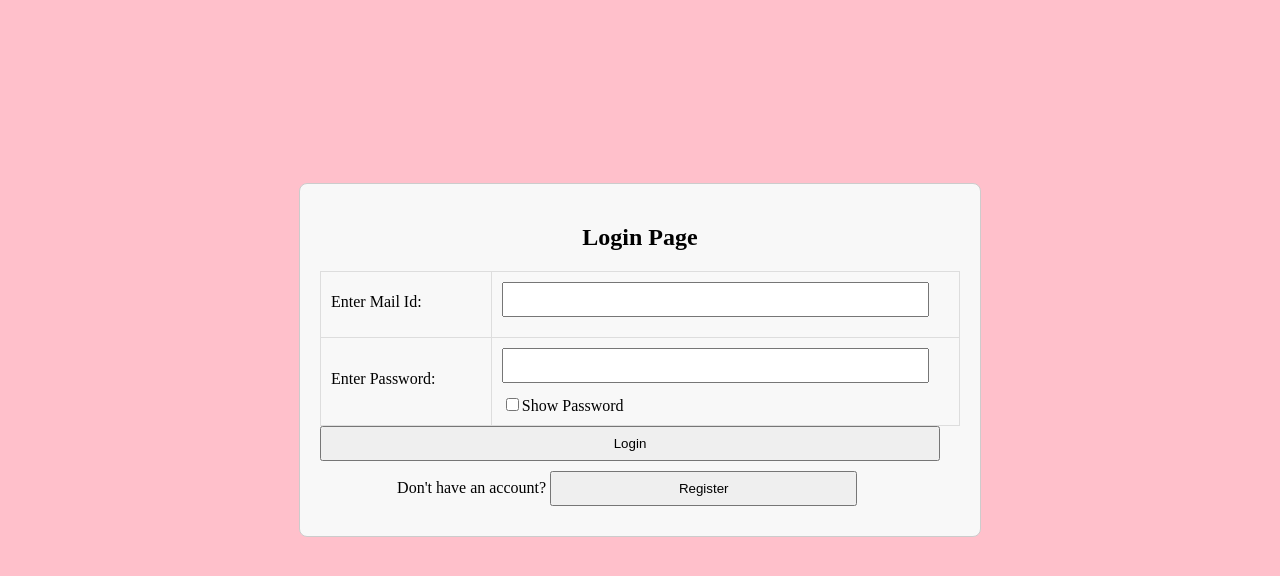
Repository: Manju-Bala-S/EclipseProjects
Page: MailApp/src/main/webapp/index.html
The author's editor kept a copy of each file at every save. The page is drawn from the files as they stood at one save, then again after the next save.
The browser window is 1280 px wide. The pictures show the whole page.

Above is the page before, as saved 2024-02-21 07:37:29.

### MailApp/src/main/webapp/index.html
<!DOCTYPE html>
<html lang="en">
<head>
    <meta charset="UTF-8">
    <meta name="viewport" content="width=device-width, initial-scale=1.0">
    <style>
        body {
            display: flex;
            justify-content: center;
            align-items: center;
            height: 100vh;
            margin: 0;
            background-color: pink; /* Set the body background color to pink */
        }

        form {
            width: 50%;
            padding: 20px;
            border: 1px solid #ccc;
            border-radius: 8px;
            background-color: #f8f8f8;
        }

        table {
            width: 100%;
            border-collapse: collapse;
            margin-top: 15px;
        }

        th, td {
            padding: 10px;
            border: 1px solid #ddd;
            text-align: left;
        }

        th {
            background-color: #f2f2f2;
        }

        label {
            margin-bottom: 5px;
            display: block;
        }

        input[type="number"], input[type="password"], input[type="submit"] {
            width: calc(100% - 20px); /* 100% width minus 20px for consistent spacing */
            padding: 8px;
            box-sizing: border-box;
            margin-bottom: 10px; /* Adjust as needed */
        }

        .show-password {
            margin-top: 5px;
        }

        h2 {
            text-align: center;
        }

        /* Styling for the "Register" button */
        input[type="submit"][value="Register"] {
            width: 48%; /* Set a smaller width for the Register button */
            margin-right: 4%; /* Add some right margin to separate the buttons */
        }

        /* Clearfix to ensure the buttons are on the same line */
        .clearfix::after {
            content: "";
            display: table;
            clear: both;
        }
    </style>
    <title>Home Page</title>
</head>
<body>

    <form action="login" method="post">
        <h2>Login Page</h2>
        <table>
            <tr>
                <td><label for="id">Enter Mail Id:</label></td>
                <td><input type="number" id="id" name="id" required></td>
            </tr>
            <tr>
                <td><label for="password">Enter Password:</label></td>
                <td>
                    <input type="password" id="password" name="password" required>
                    <input type="checkbox" id="showPassword" class="show-password">Show Password
                </td>
            </tr>
            <!-- Add more rows for additional form fields as needed -->
        </table>

        <div class="clearfix">
            <input type="submit" value="Login">
            <center>
            Don't have an account?  <input type="submit" value="Register">
            </center>
        </div>
    </form>

    <script>
        document.getElementById('showPassword').addEventListener('change', function () {
            var passwordField = document.getElementById('password');
            passwordField.type = this.checked ? 'text' : 'password';
        });
    </script>

</body>
</html>

After the next save:
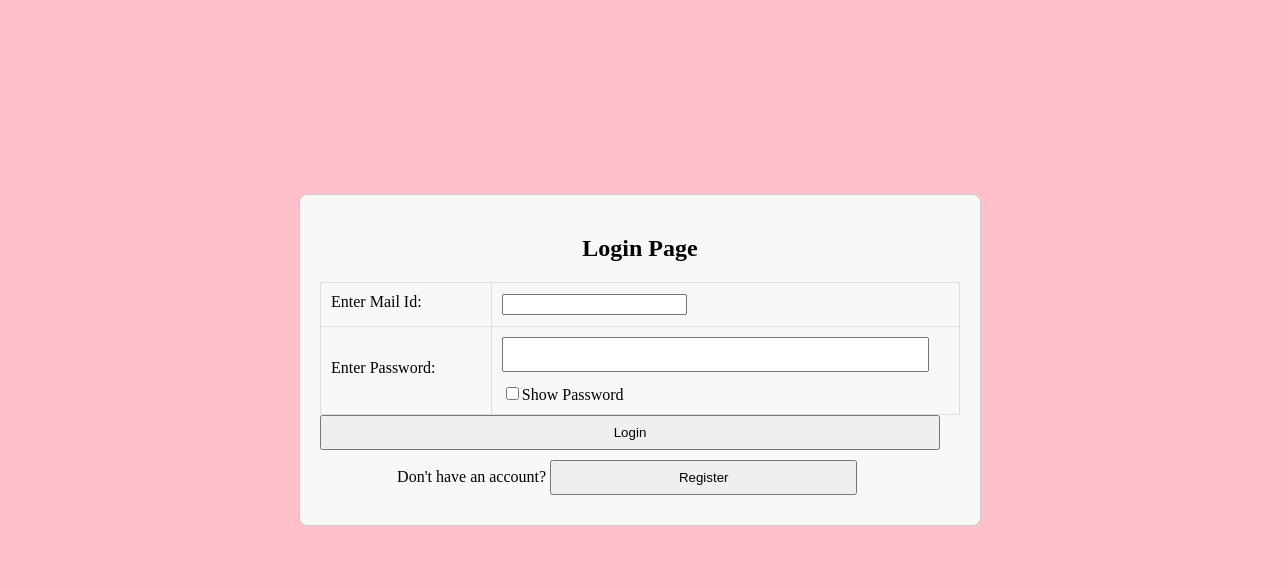
Saved 3 min 9 s later.
--- a/MailApp/src/main/webapp/index.html
+++ b/MailApp/src/main/webapp/index.html
@@ -79,7 +79,7 @@
         <table>
             <tr>
                 <td><label for="id">Enter Mail Id:</label></td>
-                <td><input type="number" id="id" name="id" required></td>
+                <td><input type="" id="id" name="id" required></td>
             </tr>
             <tr>
                 <td><label for="password">Enter Password:</label></td>
